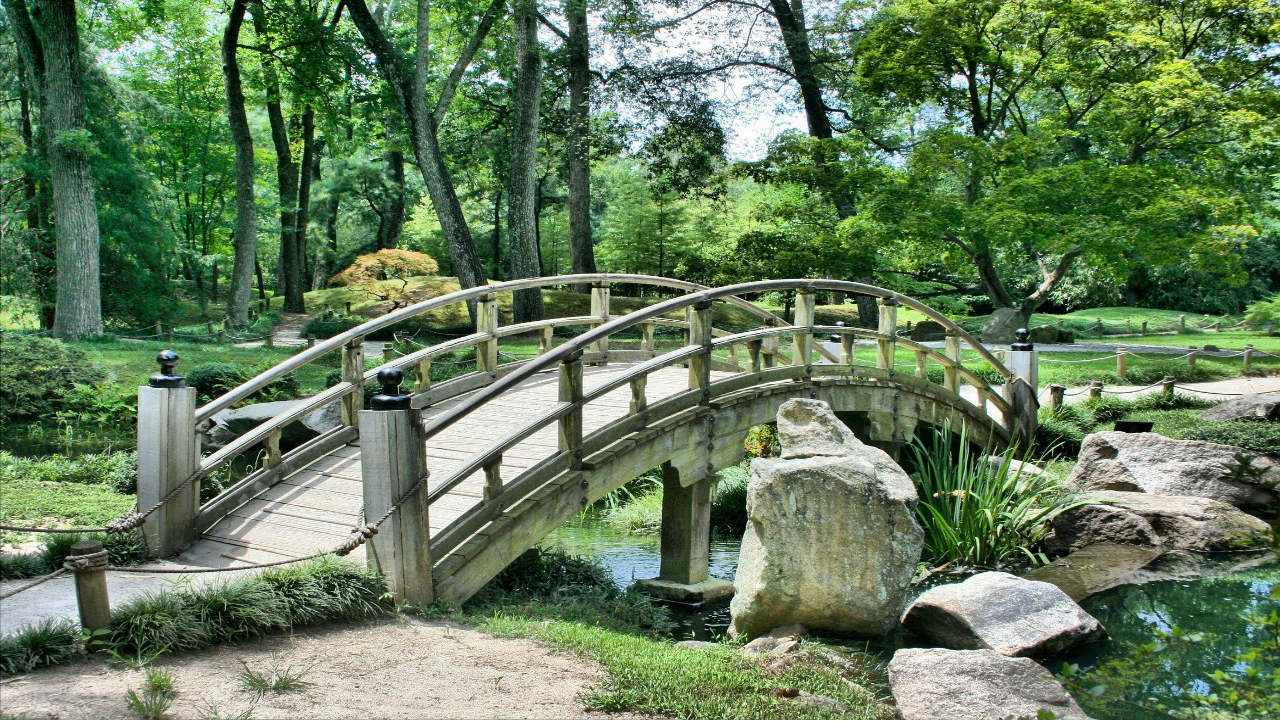
Repository: PatryxB/garden
Page: http://localhost/
The author's editor kept a copy of each file at every save. The page is drawn from the files as they stood at one save, then again after the next save.
The browser window is 1280 px wide. The pictures show the whole page.
The page is served by the project's Laravel application, run on PHP 8.4 with Laravel 8. Other server files are loaded and not shown. Style sheets and scripts are compiled from the project's sources, by tool versions that may differ from the author's.

Above is the page before, as saved 2020-05-01 20:53:46.

### resources/views/welcome.blade.php
<!DOCTYPE html>
<html lang="{{ str_replace('_', '-', app()->getLocale()) }}">
    <head>
        <meta charset="utf-8">
        <meta name="viewport" content="width=device-width, initial-scale=1">

        <title>Garden</title>

        <!-- Fonts -->
        <link href="https://fonts.googleapis.com/css?family=Nunito:200,600" rel="stylesheet">
        <link rel="stylesheet" href="/css/app.css">

    <body>
        <div class="banner">
            <img src="{{url('/img/gardenbanner.jpg')}}" alt="">
        </div>
    </body>
</html>

### resources/sass/app.scss
html, body{
    box-sizing: border-box;
    margin: 0;
    padding: 0;
}
.banner img{
    width: 100%;
    height: 100vh;
    position: relative;
}

Loaded but not shown: routes/web.php (common file)

After the next save:
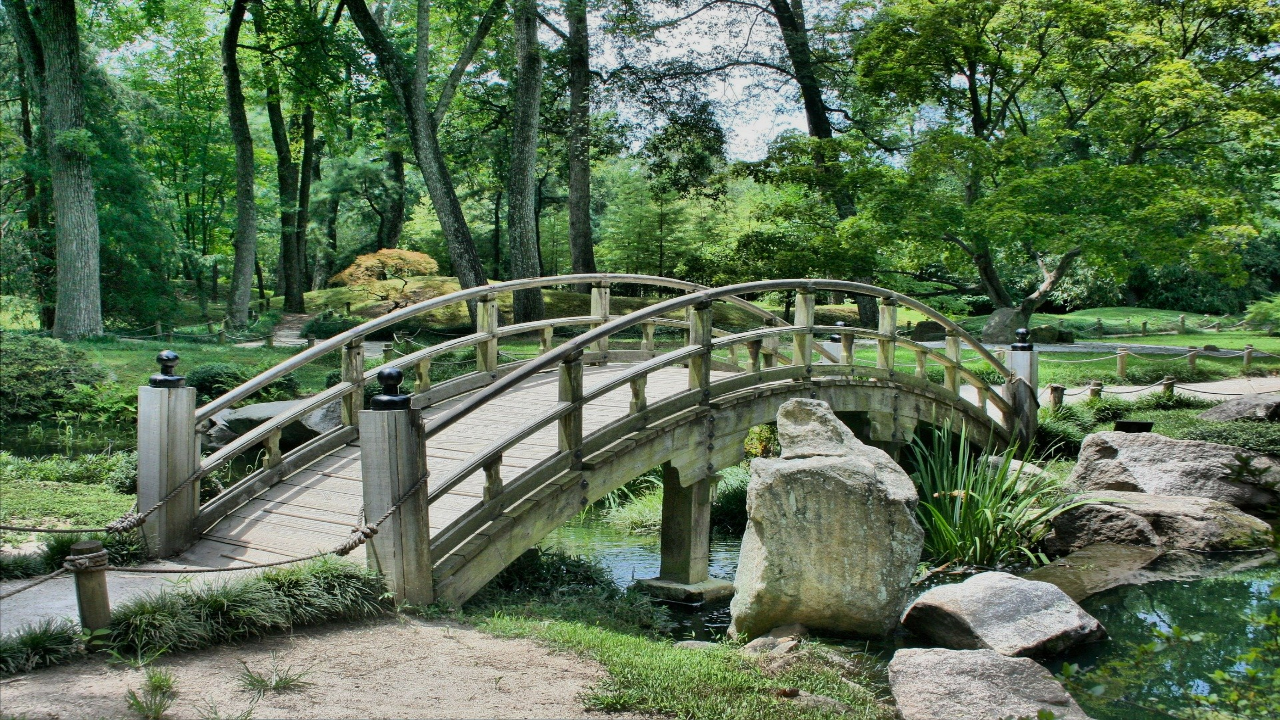
Saved 21 s later.
--- a/resources/sass/app.scss
+++ b/resources/sass/app.scss
@@ -7,4 +7,5 @@ html, body{
     width: 100%;
     height: 100vh;
     position: relative;
+    filter: brightness(90%);
 }
